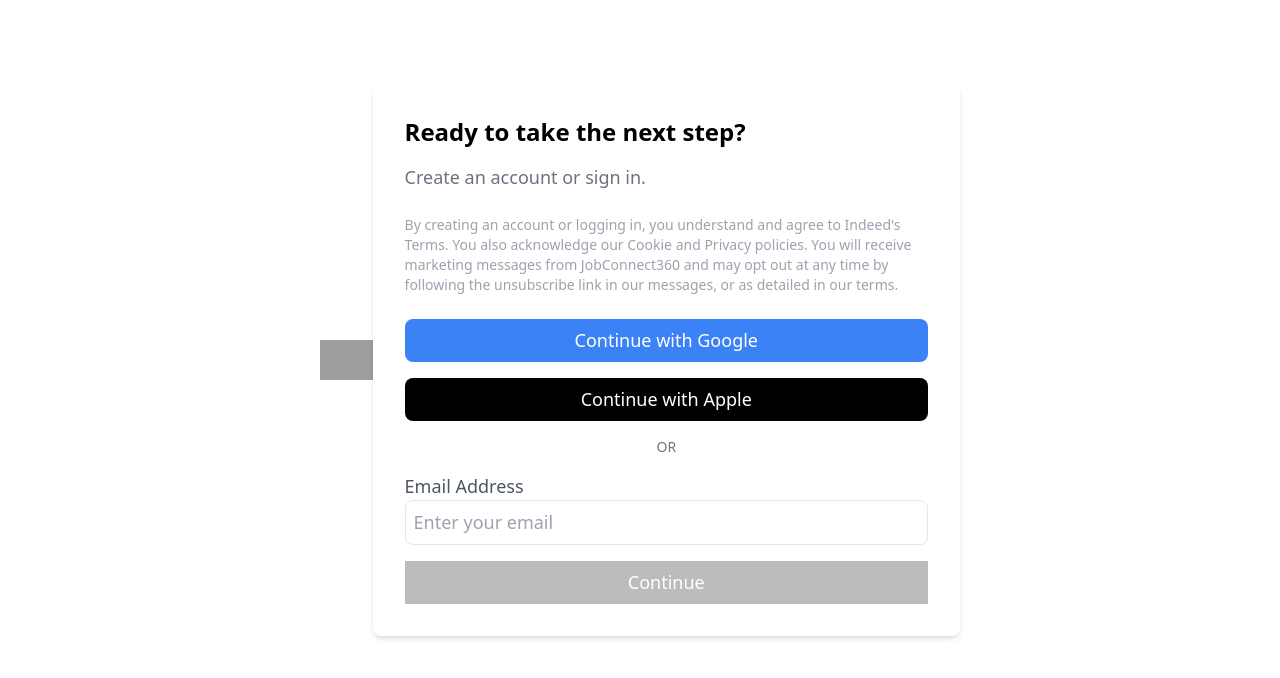
Repository: Temitech001/new-job
Page: /signin
The author's editor kept a copy of each file at every save. The page is drawn from the files as they stood at one save, then again after the next save.
The browser window is 1280 px wide. The pictures show the whole page.
Pictures or frames that could not be fetched are drawn as grey boxes. The project was rebuilt for these pictures with package versions that can differ from the ones it lists, and the page was loaded fresh each time. Also part of the build but not shown: src/App.css, src/components/header/Header.jsx, src/components/jobSearch/Job.jsx, src/components/jobSearch/JobListing.jsx, src/App.js.

Above is the page before, as saved 2023-08-22 02:11:35.

### public/index.html
<!DOCTYPE html>
<html lang="en">
  <head>
    <meta charset="utf-8" />
    <link rel="icon" href="%PUBLIC_URL%/favicon.ico" />
    <meta name="viewport" content="width=device-width, initial-scale=1" />
    <meta name="theme-color" content="#000000" />
    <meta
      name="description"
      content="JobConnect360 is your comprehensive platform for all things related to employment."
    />
    <link rel="apple-touch-icon" href="%PUBLIC_URL%/logo192.png" />
    <!--
      manifest.json provides metadata used when your web app is installed on a
      user's mobile device or desktop. See https://developers.google.com/web/fundamentals/web-app-manifest/
    -->
    <link rel="manifest" href="%PUBLIC_URL%/manifest.json" />
    <!--
      Notice the use of %PUBLIC_URL% in the tags above.
      It will be replaced with the URL of the `public` folder during the build.
      Only files inside the `public` folder can be referenced from the HTML.

      Unlike "/favicon.ico" or "favicon.ico", "%PUBLIC_URL%/favicon.ico" will
      work correctly both with client-side routing and a non-root public URL.
      Learn how to configure a non-root public URL by running `npm run build`.
    -->
    <title>JobConnect360</title>
  </head>
  <body>
    <noscript>You need to enable JavaScript to run this app.</noscript>
    <div id="root"></div>
    <!--
      This HTML file is a template.
      If you open it directly in the browser, you will see an empty page.

      You can add webfonts, meta tags, or analytics to this file.
      The build step will place the bundled scripts into the <body> tag.

      To begin the development, run `npm start` or `yarn start`.
      To create a production bundle, use `npm run build` or `yarn build`.
    -->
  </body>
</html>

### src/index.js
import React from 'react';
import ReactDOM from 'react-dom/client';
import { BrowserRouter, Routes, Route} from "react-router-dom";
import './index.css';
import App from './App';
import ScrollToTop from 'react-scroll-to-top';
import SignIn from './components/jobSearch/signIn/SignIn';

const root = ReactDOM.createRoot(document.getElementById('root'));
root.render(
  <React.StrictMode>
    <BrowserRouter>
    <ScrollToTop/>
            <Routes>
                <Route path="/" element={<App />} />
                <Route path="/signin" element={<SignIn />} />
                {/* <Route path="/impact" element={<ImpactPage />} /> */}
                {/* <Route path="/contact" element={<ContactPage />} /> */}
            </Routes>
            {/* <App /> */}
        </BrowserRouter>
  </React.StrictMode>
);

### src/index.css
@tailwind base;
@tailwind components;
@tailwind utilities;

body {
  margin: 0;
  font-family: "Noto Sans", "Helvetica Neue", Helvetica, Arial, sans-serif;
  -webkit-font-smoothing: antialiased;
  -moz-osx-font-smoothing: grayscale;
  font-size: 18px;
}

code {
  font-family: source-code-pro, Menlo, Monaco, Consolas, 'Courier New',
    monospace;
}

### src/components/jobSearch/signIn/SignIn.jsx
import React, { useState } from 'react';
import { Link } from 'react-router-dom';
// import './SignIn.css'; // Add your additional CSS file for custom styling

const SignIn = () => {
  const [email, setEmail] = useState(''); // Initialize email state

  // Function to handle changes in the email input
  const handleEmailChange = (e) => {
    setEmail(e.target.value); // Update email state
  };

  // Function to handle the "Continue" button click
  const handleContinueClick = () => {
    // Perform any action you want when the button is clicked
    console.log('Continue button clicked with email:', email);
  };

  // Check if the button is active
  const isButtonActive = !!email;

  return (
    <div className="flex justify-center items-center h-screen w-2/4 mx-auto">
         <Link to="/" className="text-xl font-semibold text-blue-600">
          <img width="200px"
            src={process.env.PUBLIC_URL+`360.png`}
            alt="Logo"
            // className="h-8 w-8 inline-block mr-2"
          />
        </Link>
      <div className="bg-white p-8 rounded-lg shadow-md">
        <h2 className="text-2xl font-semibold mb-4">
          Ready to take the next step?
        </h2>
        <p className="text-gray-500 mb-6">
          Create an account or sign in.
        </p>
        <p className="text-sm text-gray-400 mb-6">
          By creating an account or logging in, you understand and agree to Indeed's Terms. You also acknowledge our Cookie and Privacy policies. You will receive marketing messages from JobConnect360 and may opt out at any time by following the unsubscribe link in our messages, or as detailed in our terms.
        </p>
        <button className="bg-blue-500 text-white rounded-lg py-2 px-4 mb-4 w-full hover:bg-blue-600">
          Continue with Google
        </button>
        <button className="bg-black text-white rounded-lg py-2 px-4 mb-4 w-full hover:bg-gray-800">
          Continue with Apple
        </button>
        <div className="text-center text-gray-500 text-sm mb-4">OR</div>
        <div className="mb-4">
          <label htmlFor="email" className="text-gray-600">Email Address</label>
          <input
            type="email"
            id="email"
            className="w-full border rounded-lg p-2 focus:outline-none focus:ring focus:border-blue-400"
            placeholder="Enter your email"
            value={email} // Set the input value to the email state
            onChange={handleEmailChange} // Handle changes in the email input
          />
        </div>
        <button
          className={`bg-blue-500 text-white rounded-g py-2 px-4 w-full ${
            isButtonActive
              ? 'hover:bg-blue-600'
              : 'opacity-50 cursor-not-allowed filter grayscale'
          }`}
          onClick={handleContinueClick} // Handle the "Continue" button click
          disabled={!isButtonActive} // Disable the button if email is empty
        >
          Continue
        </button>
      </div>
    </div>
  );
};

export default SignIn;

### src/components/header/Header.css
/* Header.css */
@media (max-width: 768px) {
    /* Mobile styles */

    /* Center logo and move Sign In button to the right */
    .container {
      flex-direction: column;
      align-items: center;
    }

    .flex:nth-child(1) {
      margin-bottom: 1rem;
    }

    /* Add margin between logo and Sign In button */
    .flex:nth-child(2) {
      margin-top: 1rem;
    }

    /* Mobile menu icon styles */
    .menu-icon {
      display: inline-block;
    }

    .bar {
      width: 25px;
      height: 3px;
      background-color: white;
      margin: 4px 0;
      transition: 0.4s;
    }

    .open .bar:nth-child(1) {
      transform: rotate(-45deg) translate(-5px, 6px);
    }

    .open .bar:nth-child(2) {
      opacity: 0;
    }

    .open .bar:nth-child(3) {
      transform: rotate(45deg) translate(-5px, -6px);
    }

    /* Add styles for mobile menu (Hamburger) */
    .menu-items {
      display: none;
      flex-direction: column;
      align-items: center;
    }

    .menu-open .menu-items {
      display: flex;
    }

    /* Additional mobile styles can be added as needed */
  }

### tailwind.config.js
/** @type {import('tailwindcss').Config} */
module.exports = {
  content: ["./src/**/*.{html,jsx, js}"],
  theme: {
    extend: {},
  },
  plugins: [],
}

After the next save:
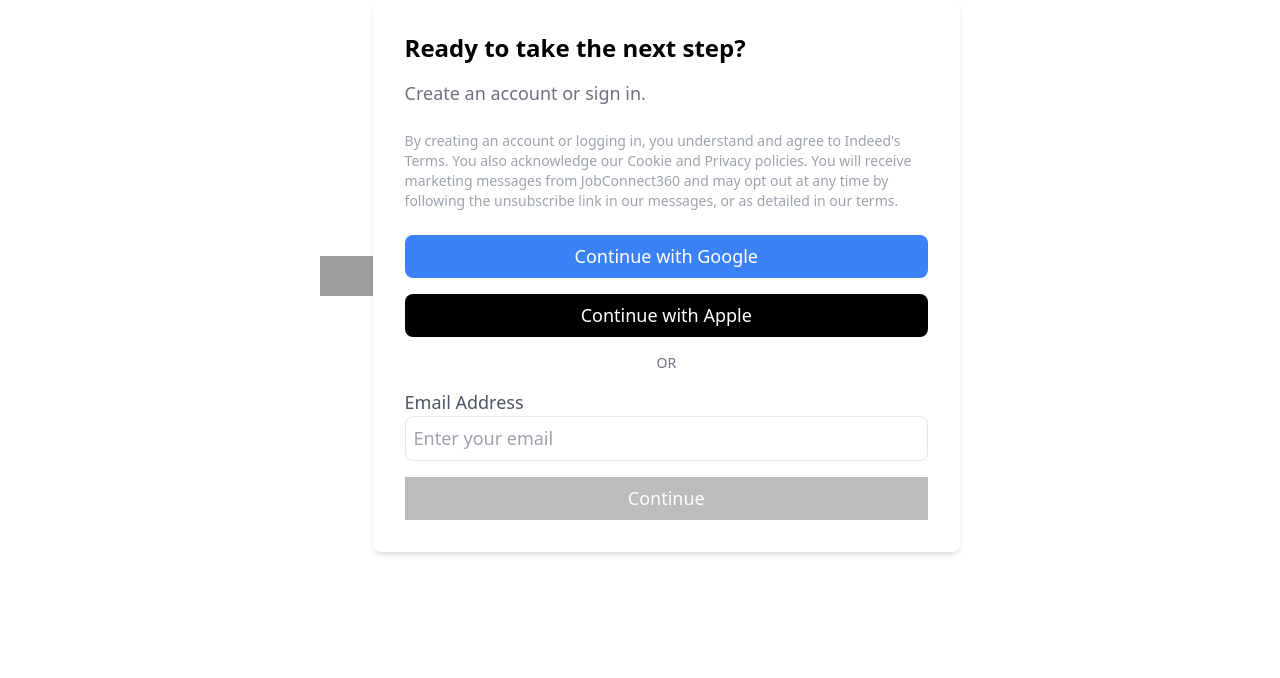
Saved 4 s later.
--- a/src/components/jobSearch/signIn/SignIn.jsx
+++ b/src/components/jobSearch/signIn/SignIn.jsx
@@ -20,7 +20,7 @@ const SignIn = () => {
   const isButtonActive = !!email;
 
   return (
-    <div className="flex justify-center items-center h-screen w-2/4 mx-auto">
+    <div className="flex justify-center items-center w-2/4 mx-auto">
          <Link to="/" className="text-xl font-semibold text-blue-600">
           <img width="200px"
             src={process.env.PUBLIC_URL+`360.png`}
